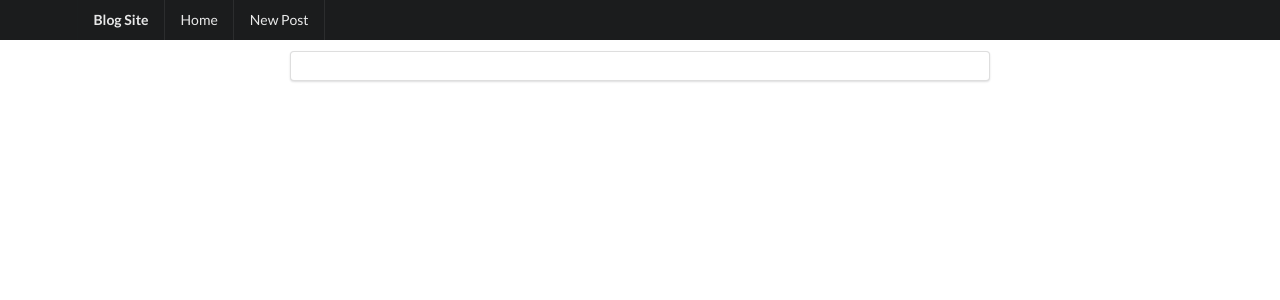
Repository: joeydom97/WebDevCourse
Page: http://localhost/blogs
The author's editor kept a record of every edit. The page is drawn from the files as they stood at one moment, then again after the next edit.
The browser window is 1280 px wide. The pictures show the whole page.
The page is served by the project's Node server (RESTful/RESTfulBlogApp/app.js). Queries for data that is not in the repository find no rows.

Above is the page before.

After the next edit:
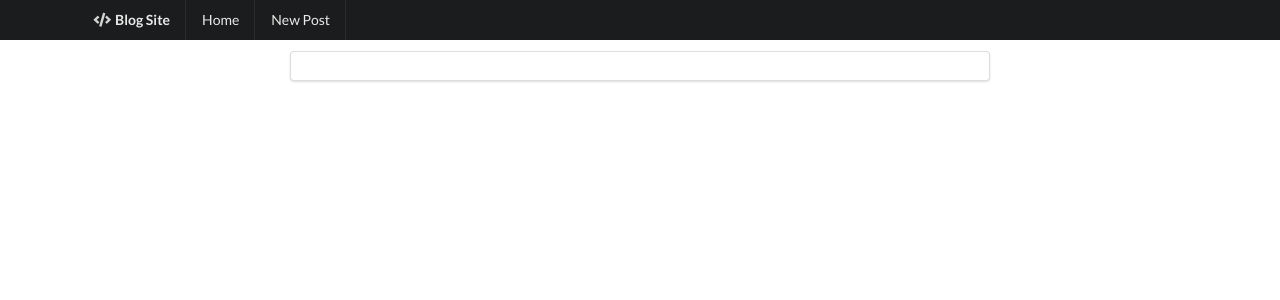
The edit:
--- a/workspace/RESTful/RESTfulBlogApp/views/partials/header.ejs
+++ b/workspace/RESTful/RESTfulBlogApp/views/partials/header.ejs
@@ -8,7 +8,7 @@
     <body>
         <div class="ui fixed inverted menu">
             <div class="ui container">
-                <div class="header item">Blog Site</div>
+                <div class="header item"><i class="code icon"></i>Blog Site</div>
                 <a href="/" class="item">Home</a>
                 <a href="/blogs/new" class="item">New Post</a>
             </div>
